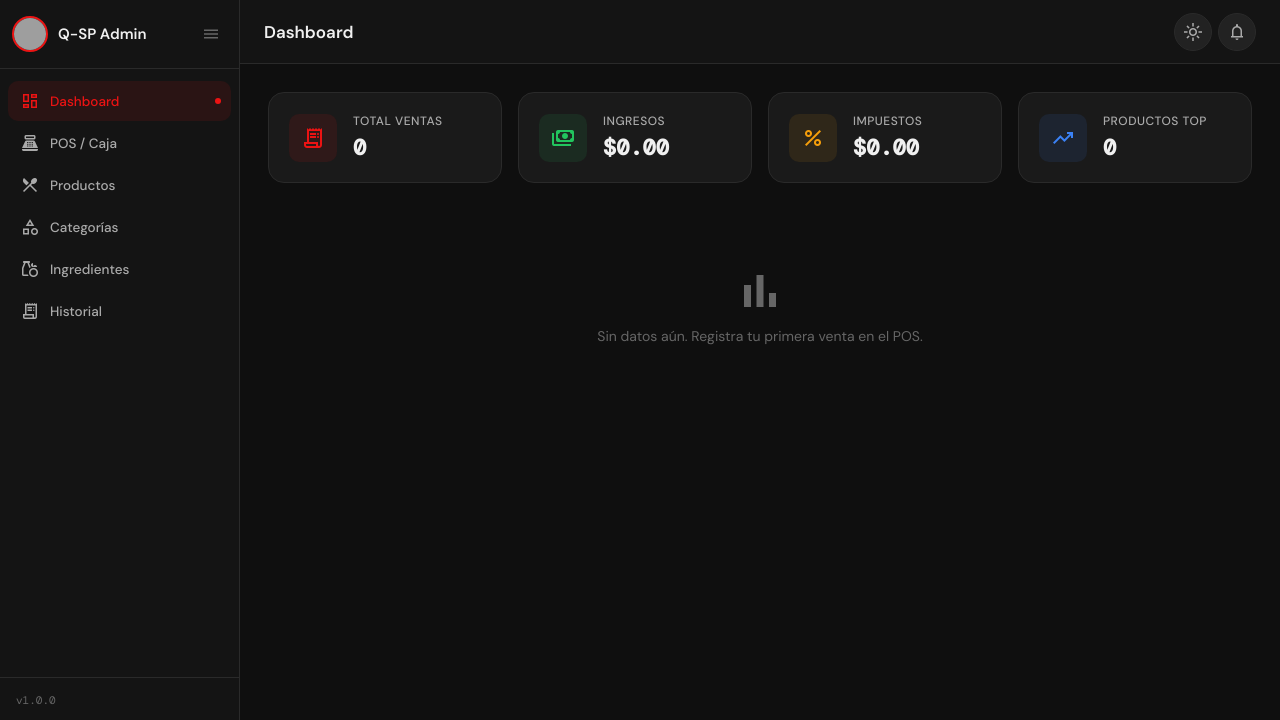
Repository: JhonnyDiaz4753/Admin_Q_sopa
Page: /
An editor plug-in stored every save of this project. The page is shown before and after the next save, followed by the edit.
The browser window is 1280 px wide. The pictures show the whole page.
Pictures or frames that could not be fetched are drawn as grey boxes. The page's requests for data from a server got no answer. The project was rebuilt for these pictures with package versions that can differ from the ones it lists, and the page was loaded fresh each time. No one was signed in, and anything a server would have sent is missing. Also part of the build but not shown: vite.config.js.

Above is the page before, as saved 2026-03-13 20:07:47.

### index.html
<!doctype html>
<html lang="en">
  <head>
    <meta charset="UTF-8" />
    <link rel="icon" type="image/svg+xml" href="/favicon.svg" />
    <meta name="viewport" content="width=device-width, initial-scale=1.0" />
    <title>admin-q-sopa</title>
    <!-- Material Symbols -->
<link href="https://fonts.googleapis.com/css2?family=Material+Symbols+Outlined:opsz,wght,FILL,GRAD@20..48,100..700,0..1,-50..200" rel="stylesheet" />
<!-- Google Fonts -->
<link href="https://fonts.googleapis.com/css2?family=DM+Sans:wght@300;400;500;600&family=DM+Mono:wght@400;500&display=swap" rel="stylesheet" />
  </head>
  <body>
    <div id="root"></div>
    <script type="module" src="/src/main.jsx"></script>
  </body>
</html>

### src/main.jsx
import { StrictMode } from 'react'
import { createRoot } from 'react-dom/client'
import "./index.css"
import "./theme.css"
import App from './App.jsx'

createRoot(document.getElementById('root')).render(
  <StrictMode>
    <App />
  </StrictMode>,
)

### src/index.css
/* Reset limpio — todo lo maneja theme.css */
*, *::before, *::after {
  box-sizing: border-box;
  margin: 0;
  padding: 0;
}

### src/theme.css

:root {
  --accent:          #ec1313;
  --accent-hover:    #c40b0b;
  --accent-soft:     rgba(236,19,19,0.10);
  --accent-glow:     rgba(236,19,19,0.25);

  --bg-page:         #0f0f0f;
  --bg-sidebar:      #141414;
  --bg-card:         #1a1a1a;
  --bg-element:      #222222;
  --bg-input:        #1e1e1e;

  --border:          #2a2a2a;
  --border-light:    #333333;

  --text-1:          #f0f0f0;
  --text-2:          #aaaaaa;
  --text-3:          #666666;

  --success:         #22c55e;
  --warning:         #f59e0b;
  --info:            #3b82f6;

  --sidebar-w:       240px;
  --topbar-h:        64px;
  --radius:          10px;
  --radius-lg:       16px;

  --font-main:       'DM Sans', sans-serif;
  --font-mono:       'DM Mono', monospace;

  --transition:      background-color 0.25s ease, color 0.25s ease, border-color 0.25s ease;
}

html.light {
  --bg-page:         #f2f2f0;
  --bg-sidebar:      #ffffff;
  --bg-card:         #ffffff;
  --bg-element:      #f0f0ee;
  --bg-input:        #f7f7f5;

  --border:          #e5e5e0;
  --border-light:    #d8d8d3;

  --text-1:          #111111;
  --text-2:          #555555;
  --text-3:          #999999;
}

*, *::before, *::after {
  box-sizing: border-box;
  margin: 0;
  padding: 0;
  transition: var(--transition);
}

body {
  font-family: var(--font-main);
  background: var(--bg-page);
  color: var(--text-1);
  min-height: 100vh;
  font-size: 14px;
  -webkit-font-smoothing: antialiased;
}

#root {

  min-height: 100vh;
}

button { font-family: var(--font-main); cursor: pointer; }
input, select, textarea { font-family: var(--font-main); }
a { text-decoration: none; color: inherit; }

### src/App.jsx
import { BrowserRouter, Routes, Route } from "react-router-dom";
import "./theme.css";
import AdminLayout from "./components/AdminLayout";
import Dashboard   from "./components/Dashboard/Dashboard";


const Placeholder = ({ name }) => (
  <div style={{
    display: "flex", flexDirection: "column", alignItems: "center",
    justifyContent: "center", height: "40vh", gap: 12,
    color: "var(--text-3)"
  }}>
    <span className="material-symbols-outlined" style={{ fontSize: 48 }}>construction</span>
    <p style={{ fontSize: 15 }}>{name} — próximamente</p>
  </div>
);
function App() {

  return (
      <BrowserRouter>
      <Routes>
        <Route element={<AdminLayout />}>
          <Route index                   element={<Dashboard />} />
          <Route path="pos"              element={<Placeholder name="POS / Caja" />} />
          <Route path="productos"        element={<Placeholder name="Productos" />} />
          <Route path="categorias"       element={<Placeholder name="Categorías" />} />
          <Route path="ingredientes"     element={<Placeholder name="Ingredientes" />} />
          <Route path="ventas"           element={<Placeholder name="Historial de ventas" />} />
        </Route>
      </Routes>
    </BrowserRouter>
  );

}

export default App

### src/components/AdminLayout.jsx
import { useState } from "react";
import { Outlet, useLocation } from "react-router-dom";
import Sidebar from "./Sidebar/Sidebar";
import Topbar from "./Topbar/Topbar";
import "./AdminLayout.css";

const TITLES = {
  "/":            "Dashboard",
  "/pos":         "POS / Caja",
  "/productos":   "Productos",
  "/categorias":  "Categorías",
  "/ingredientes":"Ingredientes",
  "/ventas":      "Historial de ventas",
};

export default function AdminLayout() {
  const [collapsed, setCollapsed]       = useState(false);
  const [mobileOpen, setMobileOpen]     = useState(false);
  const { pathname } = useLocation();
  const title = TITLES[pathname] ?? "Admin";

  return (
    <div className="admin-shell">
      {/* Overlay móvil */}
      {mobileOpen && (
        <div className="mobile-overlay" onClick={() => setMobileOpen(false)} />
      )}

      <Sidebar
        collapsed={collapsed}
        onToggle={() => setCollapsed(c => !c)}
        mobileOpen={mobileOpen}
      />

      <div className={`admin-main ${collapsed ? "sidebar-collapsed" : ""}`}>
        <Topbar
          title={title}
          onMobileMenu={() => setMobileOpen(o => !o)}
        />
        <main className="admin-content">
          <Outlet />
        </main>
      </div>
    </div>
  );
}

### src/components/Dashboard/Dashboard.jsx
import "./Dashboard.css";
import { useEffect, useState } from "react";
import { getDashboardStats } from "../../services/api";

function StatCard({ icon, label, value, color }) {
  return (
    <div className="stat-card">
      <div className="stat-icon" style={{ background: color + "18", color }}>
        <span className="material-symbols-outlined">{icon}</span>
      </div>
      <div className="stat-info">
        <span className="stat-label">{label}</span>
        <span className="stat-value">{value}</span>
      </div>
    </div>
  );
}

export default function Dashboard() {
  const [stats, setStats] = useState(null);
  const [loading, setLoading] = useState(true);

  useEffect(() => {
    getDashboardStats()
      .then(setStats)
      .catch(() => setStats(null))
      .finally(() => setLoading(false));
  }, []);

  if (loading) return <div className="page-loading"><span className="spinner" /></div>;

  return (
    <div className="dashboard">
      <div className="stats-grid">
        <StatCard icon="receipt_long" label="Total ventas"   value={stats?.totalSales ?? 0}           color="#ec1313" />
        <StatCard icon="payments"     label="Ingresos"       value={`$${stats?.totalRevenue ?? "0.00"}`} color="#22c55e" />
        <StatCard icon="percent"      label="Impuestos"      value={`$${stats?.totalTax ?? "0.00"}`}    color="#f59e0b" />
        <StatCard icon="trending_up"  label="Productos top"  value={stats?.topProducts?.length ?? 0}    color="#3b82f6" />
      </div>

      {/* Top productos */}
      {stats?.topProducts?.length > 0 && (
        <div className="top-products-card">
          <h3 className="card-title">Productos más vendidos</h3>
          <table className="admin-table">
            <thead>
              <tr>
                <th>#</th>
                <th>Producto</th>
                <th>Cantidad</th>
                <th>Ingresos</th>
              </tr>
            </thead>
            <tbody>
              {stats.topProducts.map((p, i) => (
                <tr key={i}>
                  <td><span className="rank">#{i + 1}</span></td>
                  <td>{p.name}</td>
                  <td>{p.quantitySold}</td>
                  <td className="revenue">${p.revenue}</td>
                </tr>
              ))}
            </tbody>
          </table>
        </div>
      )}

      {!stats && (
        <div className="empty-state">
          <span className="material-symbols-outlined">bar_chart</span>
          <p>Sin datos aún. Registra tu primera venta en el POS.</p>
        </div>
      )}
    </div>
  );
}

### src/components/Sidebar/Sidebar.jsx
import { NavLink } from "react-router-dom";
import "./Sidebar.css";
import logo from "../../assets/hero.png"; // ajusta la ruta a tu logo

const NAV = [
  { to: "/",           icon: "dashboard",       label: "Dashboard"   },
  { to: "/pos",        icon: "point_of_sale",   label: "POS / Caja"  },
  { to: "/productos",  icon: "restaurant_menu", label: "Productos"   },
  { to: "/categorias", icon: "category",        label: "Categorías"  },
  { to: "/ingredientes",icon:"grocery",         label: "Ingredientes"},
  { to: "/ventas",     icon: "receipt_long",    label: "Historial"   },
];

export default function Sidebar({ collapsed, onToggle }) {
  return (
    <aside className={`sidebar ${collapsed ? "collapsed" : ""}`}>
      {/* Header */}
      <div className="sidebar-header">
        <div className="sidebar-brand">
          <img src={logo} alt="logo" className="sidebar-logo" />
          {!collapsed && <span className="sidebar-name">Q-SP Admin</span>}
        </div>
        <button className="sidebar-toggle" onClick={onToggle} aria-label="toggle sidebar">
          <span className="material-symbols-outlined">
            {collapsed ? "menu_open" : "menu"}
          </span>
        </button>
      </div>

      {/* Nav */}
      <nav className="sidebar-nav">
        {NAV.map(item => (
          <NavLink
            key={item.to}
            to={item.to}
            end={item.to === "/"}
            className={({ isActive }) => `nav-item ${isActive ? "active" : ""}`}
            title={collapsed ? item.label : ""}
          >
            <span className="material-symbols-outlined nav-icon">{item.icon}</span>
            {!collapsed && <span className="nav-label">{item.label}</span>}
            {!collapsed && <span className="nav-indicator" />}
          </NavLink>
        ))}
      </nav>

      {/* Footer */}
      <div className="sidebar-footer">
        {!collapsed && <span className="sidebar-version">v1.0.0</span>}
      </div>
    </aside>
  );
}

### src/components/Topbar/Topbar.jsx
import "./Topbar.css";
import { useTheme } from "../../hooks/useTheme";

export default function Topbar({ title, onMobileMenu }) {
  const { theme, toggle } = useTheme();

  return (
    <header className="topbar">
      {/* Mobile menu btn */}
      <button className="topbar-menu-btn" onClick={onMobileMenu} aria-label="menu">
        <span className="material-symbols-outlined">menu</span>
      </button>

      <h1 className="topbar-title">{title}</h1>

      <div className="topbar-actions">
        {/* Theme toggle */}
        <button className="topbar-btn" onClick={toggle} title={theme === "dark" ? "Modo claro" : "Modo oscuro"}>
          <span className="material-symbols-outlined">
            {theme === "dark" ? "light_mode" : "dark_mode"}
          </span>
        </button>

        {/* Notifications placeholder */}
        <button className="topbar-btn" title="Notificaciones">
          <span className="material-symbols-outlined">notifications</span>
        </button>
      </div>
    </header>
  );
}

### src/components/AdminLayout.css
.admin-shell {
  display: flex;
  min-height: 100vh;
  background: var(--bg-page);
}

.mobile-overlay {
  position: fixed;
  inset: 0;
  background: rgba(0,0,0,0.6);
  backdrop-filter: blur(2px);
  z-index: 49;
}

/* ── Desktop: margin-left = ancho del sidebar ── */
.admin-main {
  margin-left: var(--sidebar-w);
  flex: 1;
  display: flex;
  flex-direction: column;
  min-height: 100vh;
  transition: margin-left 0.25s cubic-bezier(0.4,0,0.2,1);
}

.admin-main.sidebar-collapsed {
  margin-left: 64px;
}

.admin-content {
  flex: 1;
  padding: 28px;
}

/* ── Mobile: sin margin, sidebar flota encima ── */
@media (max-width: 768px) {
  .admin-main,
  .admin-main.sidebar-collapsed {
    margin-left: 0 !important;
  }
  .admin-content {
    padding: 16px;
  }
}

### src/components/Dashboard/Dashboard.css
.dashboard { display: flex; flex-direction: column; gap: 24px; }

.stats-grid {
  display: grid;
  grid-template-columns: repeat(auto-fit, minmax(200px, 1fr));
  gap: 16px;
}

.stat-card {
  background: var(--bg-card);
  border: 1px solid var(--border);
  border-radius: var(--radius-lg);
  padding: 20px;
  display: flex;
  align-items: center;
  gap: 16px;
  transition: border-color 0.2s, transform 0.2s;
}
.stat-card:hover { border-color: var(--border-light); transform: translateY(-2px); }

.stat-icon {
  width: 48px; height: 48px;
  border-radius: var(--radius);
  display: flex; align-items: center; justify-content: center;
  flex-shrink: 0;
}
.stat-icon .material-symbols-outlined { font-size: 24px; }

.stat-info { display: flex; flex-direction: column; gap: 4px; }
.stat-label { font-size: 12px; color: var(--text-2); font-weight: 500; text-transform: uppercase; letter-spacing: 0.5px; }
.stat-value { font-size: 22px; font-weight: 600; color: var(--text-1); font-family: var(--font-mono); }

.top-products-card {
  background: var(--bg-card);
  border: 1px solid var(--border);
  border-radius: var(--radius-lg);
  padding: 20px;
}

.card-title {
  font-size: 15px;
  font-weight: 600;
  color: var(--text-1);
  margin-bottom: 16px;
}

.admin-table {
  width: 100%;
  border-collapse: collapse;
}
.admin-table th {
  text-align: left;
  font-size: 11px;
  font-weight: 600;
  color: var(--text-3);
  text-transform: uppercase;
  letter-spacing: 0.5px;
  padding: 8px 12px;
  border-bottom: 1px solid var(--border);
}
.admin-table td {
  padding: 12px;
  color: var(--text-1);
  font-size: 13.5px;
  border-bottom: 1px solid var(--border);
}
.admin-table tr:last-child td { border-bottom: none; }
.admin-table tr:hover td { background: var(--bg-element); }

.rank { font-family: var(--font-mono); font-size: 12px; color: var(--text-3); }
.revenue { color: var(--success); font-weight: 600; font-family: var(--font-mono); }

.page-loading {
  display: flex; align-items: center; justify-content: center;
  height: 200px;
}
.spinner {
  width: 32px; height: 32px;
  border: 3px solid var(--border);
  border-top-color: var(--accent);
  border-radius: 50%;
  animation: spin 0.7s linear infinite;
  display: inline-block;
}
@keyframes spin { to { transform: rotate(360deg); } }

.empty-state {
  display: flex; flex-direction: column; align-items: center;
  gap: 12px; padding: 60px; color: var(--text-3);
}
.empty-state .material-symbols-outlined { font-size: 48px; }
.empty-state p { font-size: 14px; }

### src/services/api.js
const BASE = "http://localhost:8080";

const get  = url => fetch(`${BASE}${url}`).then(r => { if (!r.ok) throw new Error(r.statusText); return r.json(); });
const post = (url, body) => fetch(`${BASE}${url}`, { method:"POST", headers:{"Content-Type":"application/json"}, body: JSON.stringify(body) }).then(r => { if (!r.ok) throw new Error(r.statusText); return r.json(); });
const put  = (url, body) => fetch(`${BASE}${url}`, { method:"PUT",  headers:{"Content-Type":"application/json"}, body: JSON.stringify(body) }).then(r => { if (!r.ok) throw new Error(r.statusText); return r.json(); });
const del  = url => fetch(`${BASE}${url}`, { method:"DELETE" }).then(r => { if (!r.ok) throw new Error(r.statusText); return r.json(); });

// Categorías
export const getCategories    = ()      => get("/categories");
export const createCategory   = (data)  => post("/categories", data);
export const updateCategory   = (id, d) => put(`/categories/${id}`, d);
export const deleteCategory   = (id)    => del(`/categories/${id}`);

// Productos
export const getProducts      = ()      => get("/products");
export const getProductsByCategory = id => get(`/products/category/${id}`);
export const createProduct    = (data)  => post("/products", data);
export const updateProduct    = (id, d) => put(`/products/${id}`, d);
export const deleteProduct    = (id)    => del(`/products/${id}`);

// Ingredientes
export const getIngredients       = (productId) => get(`/products/${productId}/ingredients`);
export const addIngredient        = (productId, data) => post(`/products/${productId}/ingredients`, data);
export const deleteIngredient     = (productId, ingId) => del(`/products/${productId}/ingredients/${ingId}`);

// Ventas
export const getSales         = ()      => get("/api/sales");
export const getSaleById      = (id)    => get(`/api/sales/${id}`);
export const createSale       = (data)  => post("/api/sales", data);

// Dashboard
export const getDashboardStats = ()     => get("/api/dashboard/stats");

### src/components/Sidebar/Sidebar.css
.sidebar {
  width: var(--sidebar-w);
  min-height: 100vh;
  background: var(--bg-sidebar);
  border-right: 1px solid var(--border);
  display: flex;
  flex-direction: column;
  position: fixed;
  top: 0; left: 0; bottom: 0;
  z-index: 50;
  transition: width 0.25s cubic-bezier(0.4,0,0.2,1),
              transform 0.25s cubic-bezier(0.4,0,0.2,1);
  overflow: hidden;
}

/* Desktop: colapsado */
.sidebar.collapsed { width: 64px; }

/* Header */
.sidebar-header {
  display: flex;
  align-items: center;
  justify-content: space-between;
  padding: 16px 12px;
  border-bottom: 1px solid var(--border);
  min-height: var(--topbar-h);
}

.sidebar-brand {
  display: flex;
  align-items: center;
  gap: 10px;
  overflow: hidden;
}

.sidebar-logo {
  width: 36px;
  height: 36px;
  border-radius: 50%;
  object-fit: cover;
  border: 2px solid var(--accent);
  flex-shrink: 0;
}

.sidebar-name {
  font-size: 15px;
  font-weight: 600;
  color: var(--text-1);
  white-space: nowrap;
}

.sidebar-toggle {
  background: none;
  border: none;
  color: var(--text-3);
  width: 32px;
  height: 32px;
  border-radius: 8px;
  display: flex;
  align-items: center;
  justify-content: center;
  flex-shrink: 0;
}
.sidebar-toggle:hover { background: var(--bg-element); color: var(--text-1); }
.sidebar-toggle .material-symbols-outlined { font-size: 20px; }

/* Nav */
.sidebar-nav {
  flex: 1;
  padding: 12px 8px;
  display: flex;
  flex-direction: column;
  gap: 2px;
  overflow-y: auto;
  scrollbar-width: none;
}
.sidebar-nav::-webkit-scrollbar { display: none; }

.nav-item {
  display: flex;
  align-items: center;
  gap: 10px;
  padding: 10px 12px;
  border-radius: var(--radius);
  color: var(--text-2);
  position: relative;
  white-space: nowrap;
  overflow: hidden;
}
.nav-item:hover { background: var(--bg-element); color: var(--text-1); }
.nav-item.active { background: var(--accent-soft); color: var(--accent); }

.nav-icon { font-size: 20px; flex-shrink: 0; }
.nav-label { font-size: 13.5px; font-weight: 500; }

.nav-indicator {
  position: absolute;
  right: 10px;
  width: 6px; height: 6px;
  border-radius: 50%;
  background: var(--accent);
  opacity: 0;
}
.nav-item.active .nav-indicator { opacity: 1; }

/* Footer */
.sidebar-footer {
  padding: 12px 16px;
  border-top: 1px solid var(--border);
}
.sidebar-version { font-size: 11px; color: var(--text-3); font-family: var(--font-mono); }

/* ── MOBILE ≤768px: sidebar oculto por defecto, visible con .mobile-open ── */
@media (max-width: 768px) {
  .sidebar {
    transform: translateX(-100%);
    width: var(--sidebar-w) !important; /* siempre ancho completo en móvil */
  }
  .sidebar.mobile-open {
    transform: translateX(0);
  }
  /* Ocultar botón collapse en móvil — no tiene sentido */
  .sidebar-toggle { display: none; }
}

/* ── DESKTOP ≥769px: sidebar siempre visible, nunca translateX ── */
@media (min-width: 769px) {
  .sidebar {
    transform: translateX(0) !important;
  }
}

### src/components/Topbar/Topbar.css
.topbar {
  height: var(--topbar-h);
  background: var(--bg-sidebar);
  border-bottom: 1px solid var(--border);
  display: flex;
  align-items: center;
  padding: 0 24px;
  gap: 16px;
  position: sticky;
  top: 0;
  z-index: 40;
}

.topbar-menu-btn {
  display: none;
  background: none;
  border: none;
  color: var(--text-2);
  width: 36px;
  height: 36px;
  border-radius: 8px;
  align-items: center;
  justify-content: center;
}

.topbar-title {
  font-size: 17px;
  font-weight: 600;
  color: var(--text-1);
  flex: 1;
}

.topbar-actions {
  display: flex;
  align-items: center;
  gap: 6px;
}

.topbar-btn {
  width: 38px;
  height: 38px;
  border-radius: 50%;
  background: var(--bg-element);
  border: 1px solid var(--border);
  color: var(--text-2);
  display: flex;
  align-items: center;
  justify-content: center;
  transition: all 0.2s;
}
.topbar-btn:hover {
  border-color: var(--accent);
  color: var(--accent);
}
.topbar-btn .material-symbols-outlined { font-size: 20px; }

@media (max-width: 768px) {
  .topbar-menu-btn { display: flex; }
  .topbar { padding: 0 16px; }
}

### src/hooks/useTheme.js
import { useState, useEffect } from "react";

export function useTheme() {
  const [theme, setTheme] = useState(
    () => localStorage.getItem("admin-theme") ?? "dark"
  );

  useEffect(() => {
    document.documentElement.classList.toggle("light", theme === "light");
    localStorage.setItem("admin-theme", theme);
  }, [theme]);

  const toggle = () => setTheme(t => t === "dark" ? "light" : "dark");

  return { theme, toggle };
}

After the next save:
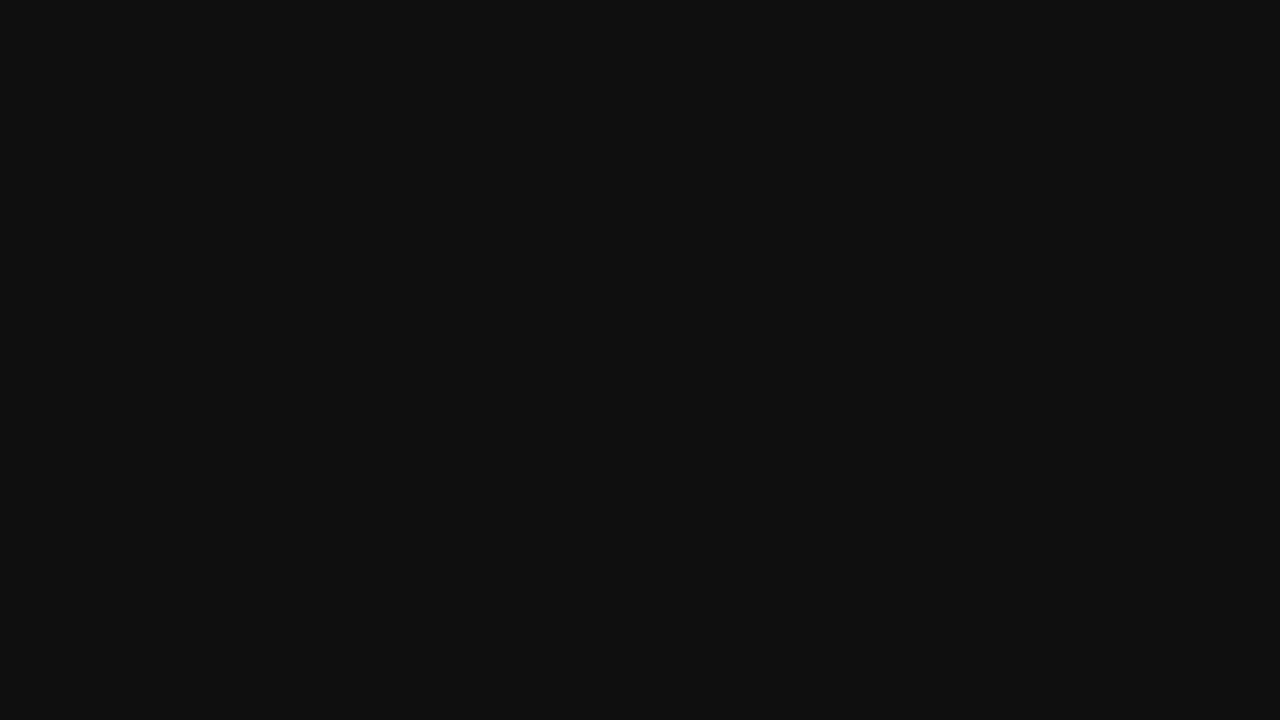
Console error: ReferenceError: mobileOpen is not defined
Saved 27 min 10 s later.
--- a/src/components/Sidebar/Sidebar.jsx
+++ b/src/components/Sidebar/Sidebar.jsx
@@ -13,7 +13,7 @@
 
 export default function Sidebar({ collapsed, onToggle }) {
   return (
-    <aside className={`sidebar ${collapsed ? "collapsed" : ""}`}>
+     <aside className={`sidebar ${collapsed ? "collapsed" : ""} ${mobileOpen ? "mobile-open" : ""}`}>
       {/* Header */}
       <div className="sidebar-header">
         <div className="sidebar-brand">

After the save that followed:
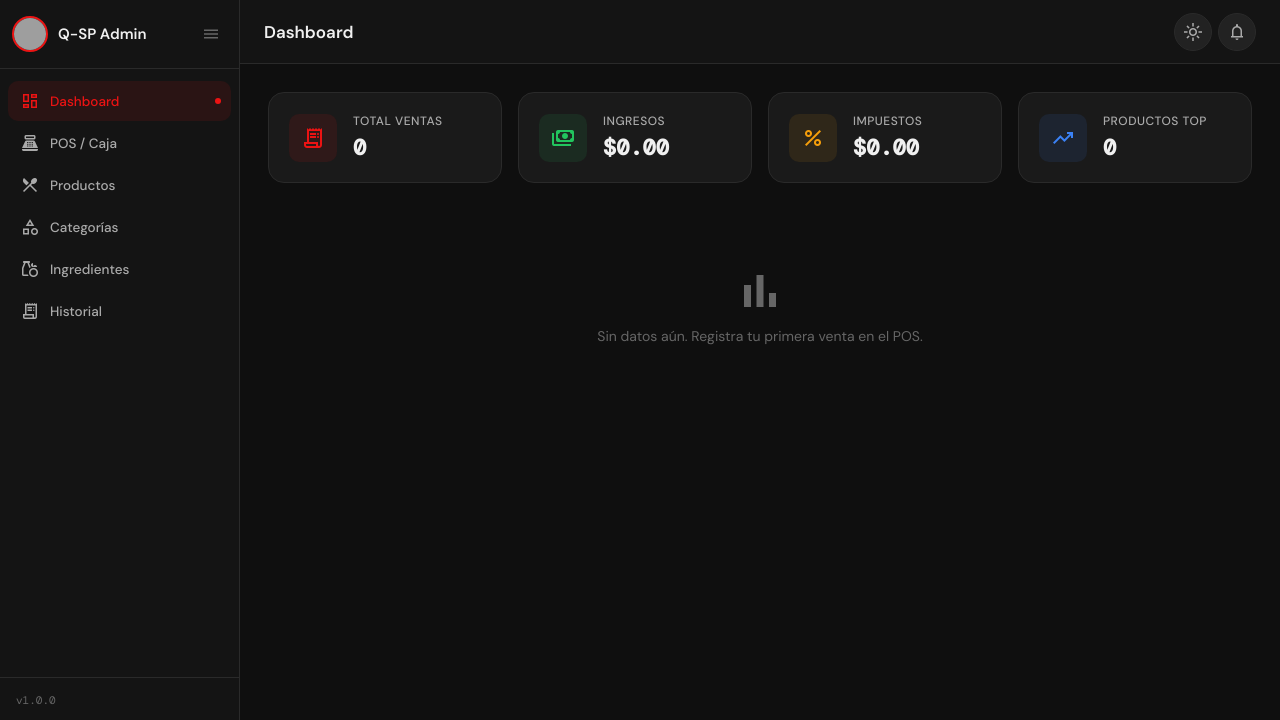
The error is gone.
Saved 49 s later.
--- a/src/components/Sidebar/Sidebar.jsx
+++ b/src/components/Sidebar/Sidebar.jsx
@@ -13,7 +13,7 @@
 
 export default function Sidebar({ collapsed, onToggle }) {
   return (
-     <aside className={`sidebar ${collapsed ? "collapsed" : ""} ${mobileOpen ? "mobile-open" : ""}`}>
+    <aside className={`sidebar ${collapsed ? "collapsed" : ""}`}>
       {/* Header */}
       <div className="sidebar-header">
         <div className="sidebar-brand">
